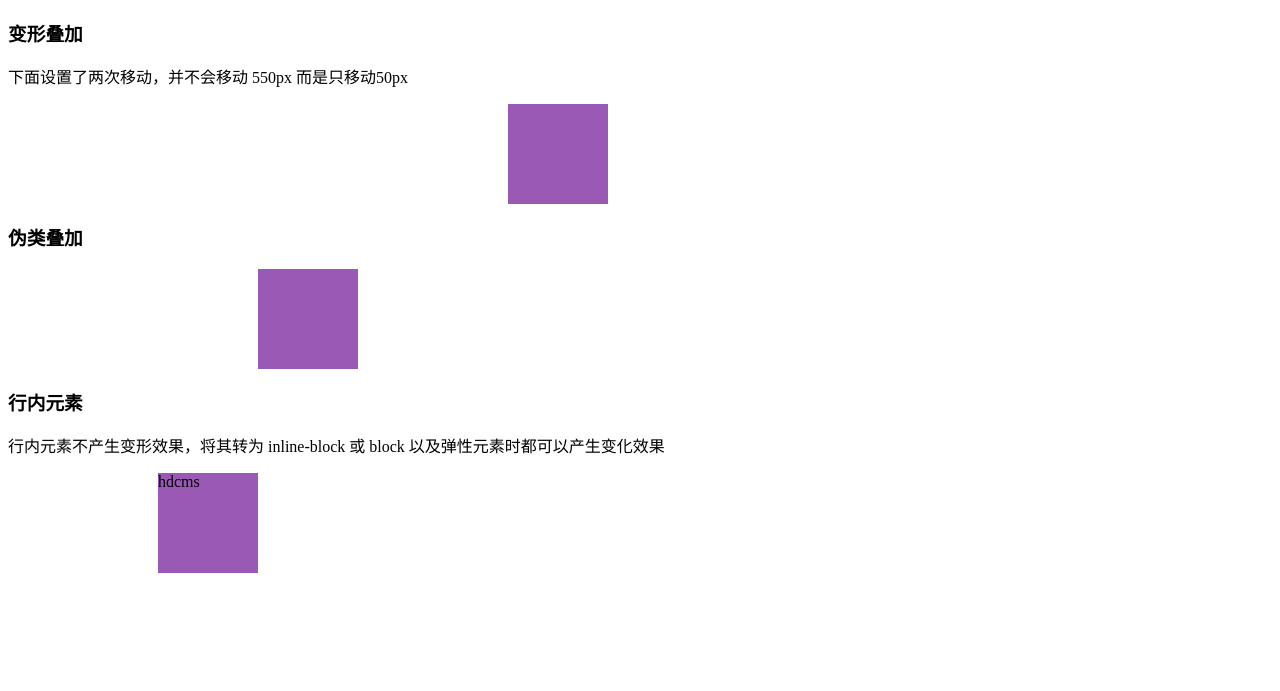
Repository: Aissd/animateDemo
Page: translate.html
The author's editor kept a copy of each file at every save. The page is drawn from the files as they stood at one save, then again after the next save.
The browser window is 1280 px wide. The pictures show the whole page.

Above is the page before, as saved 2020-05-11 21:39:03.

### translate.html
<!DOCTYPE html>
<html lang="en">
<head>
    <meta charset="UTF-8">
    <meta name="viewport" content="width=device-width, initial-scale=1.0">
    <title>变形动画</title>
    <link rel="stylesheet" href="./css/translate.css" />
</head>
<body>
    <div class="container">
        <section class="demo-section">
            <h3>变形叠加</h3>
            <p>下面设置了两次移动，并不会移动 550px 而是只移动50px</p>
            <div class="demo01"></div>
        </section>

        <section class="demo-section">
            <h3>伪类叠加</h3>
            <div class="demo02"></div>
        </section>

        <section class="demo-section">
            <h3>行内元素</h3>
            <p>行内元素不产生变形效果，将其转为 inline-block 或 block 以及弹性元素时都可以产生变化效果</p>
            <span class="demo03">hdcms</span>
        </section>
    </div>
</body>
</html>

### css/translate.css
.demo01 {
    transform: translateX(500px);
    width: 100px;
    height: 100px;
    background: #9b59b6;
}

.demo01:nth-child(1) {
    transform: translateX(50px);
}

.demo02 {
    transition: 2s;
    transform: translateX(200px) translateX(50px);
    width: 100px;
    height: 100px;
    background: #9b59b6;
    transition: 2s;
}

.demo02:hover {
    transform: translateX(100px);
}

.demo03 {
    display: inline-block; /* 去掉这行就失效了 */
    transition: 2s;
    transform: translateX(100px) translateX(50px);
    width: 100px;
    height: 100px;
    background: #9b59b6;
    transition: 2s;
}

.demo03:hover {
    transform: translateX(100px);
}

After the next save:
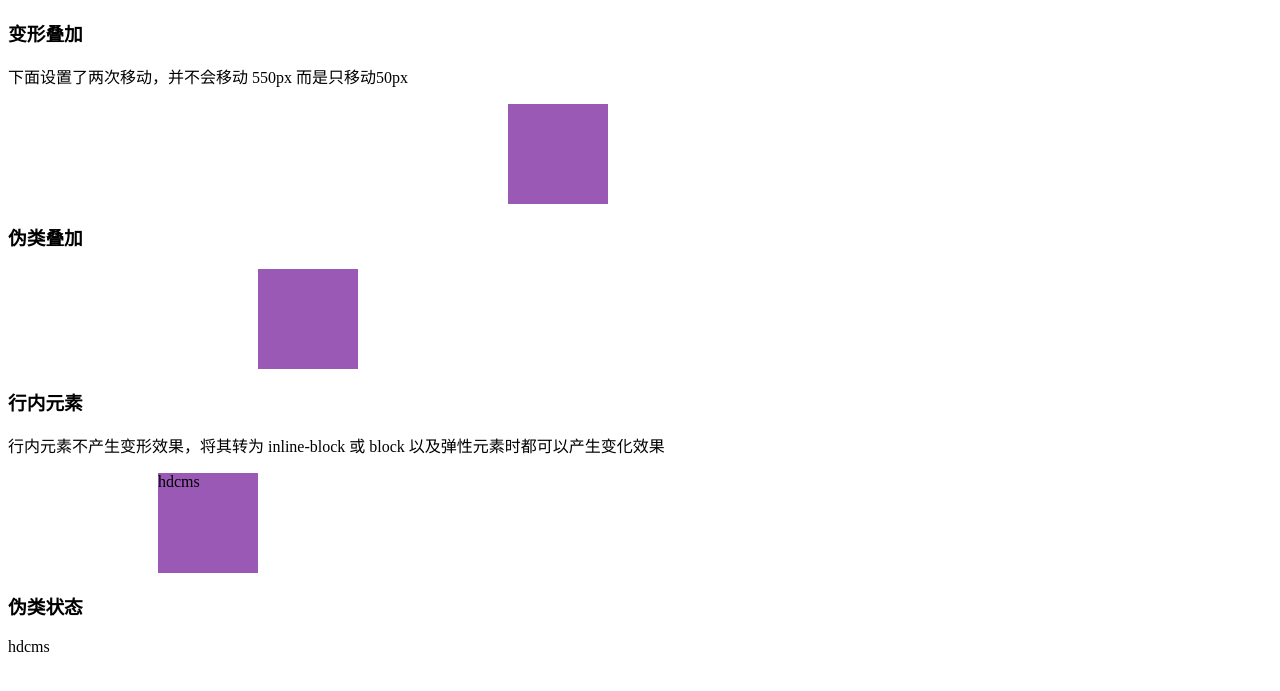
Saved 94 s later.
--- a/translate.html
+++ b/translate.html
@@ -24,6 +24,11 @@
             <p>行内元素不产生变形效果，将其转为 inline-block 或 block 以及弹性元素时都可以产生变化效果</p>
             <span class="demo03">hdcms</span>
         </section>
+
+        <section class="demo-section">
+            <h3>伪类状态</h3>
+            <span class="demo04">hdcms</span>
+        </section>
     </div>
 </body>
 </html>
